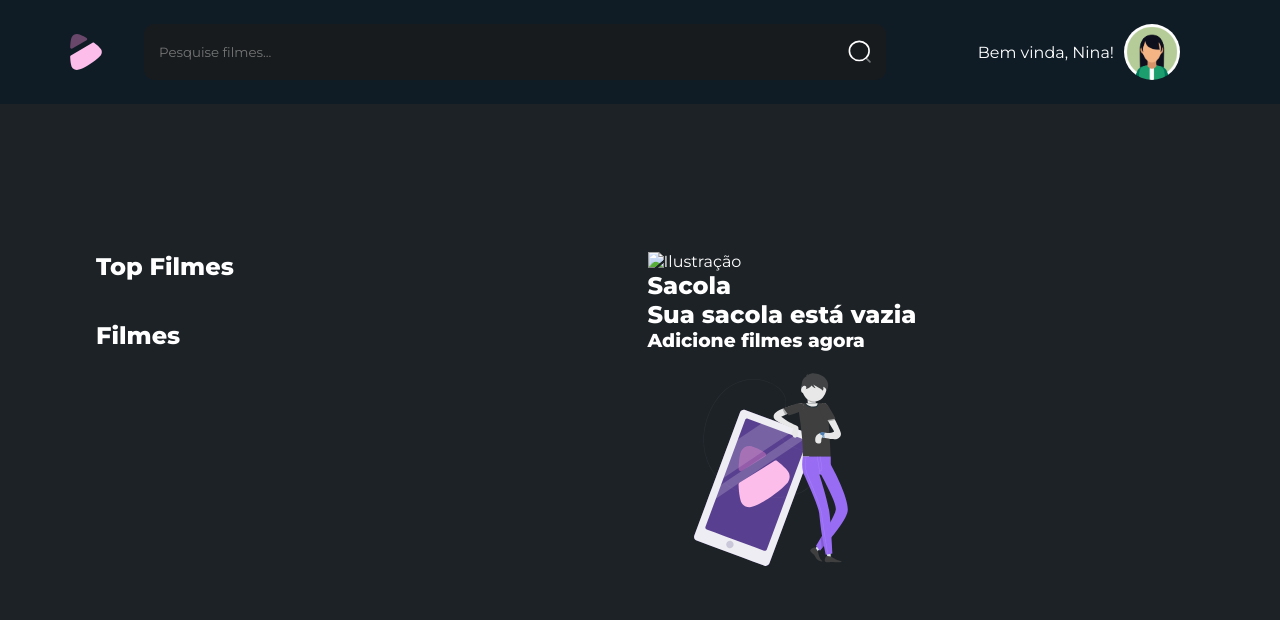
Repository: MilenaMelo/Cubos-Flix
Page: / (app in cubos-flix/)
The author's editor kept a copy of each file at every save. The page is drawn from the files as they stood at one save, then again after the next save.
The browser window is 1280 px wide. The pictures show the whole page.
The project was rebuilt for these pictures with package versions that can differ from the ones it lists, and the page was loaded fresh each time. Also part of the build but not shown: cubos-flix/src/components/Bag/style.css. Imported but missing from the stored project, and not drawn on this page: cubos-flix/src/assets/images/bag-icon.

Above is the page before, as saved 2021-06-19 15:06:52.

### cubos-flix/public/index.html
<!DOCTYPE html>
<html lang="en">
  <head>
    <meta charset="utf-8" />
    <link rel="icon" href="%PUBLIC_URL%/favicon.ico" />
    <meta name="viewport" content="width=device-width, initial-scale=1" />
    <meta name="theme-color" content="#000000" />
    <meta
      name="description"
      content="Web site created using create-react-app"
    />
    <link rel="apple-touch-icon" href="%PUBLIC_URL%/logo192.png" />
    <link rel="manifest" href="%PUBLIC_URL%/manifest.json" />
    <title>Cubos Flix</title>
  </head>
  <body>
    <noscript>You need to enable JavaScript to run this app.</noscript>
    <div id="root"></div>

  </body>
</html>

### cubos-flix/src/App.js
import './App.css';
import Navbar from './components/Navbar';
import Bag from './components/Bag';


function App() {
  return (
    <div className="app">
      <header className="header">
        <Navbar/>
      </header>
      <section className="content">
        <div className="top-movies">
          <h1>Top Filmes</h1>

        </div>
        <div className="all-movies">
          <h1>Filmes</h1>

        </div>

      </section>
      <section className="side-content">
        <Bag/>
      </section>
    </div>
  );
}

export default App;

### cubos-flix/src/App.css
@import url('https://fonts.googleapis.com/css2?family=Montserrat:wght@400;600;800&display=swap');

/* ----------- SCREEN ----------- */
* {
    margin: 0px;
    font-family: 'Montserrat', sans-serif;
    color: #FFFFFF;
}

/* ----------- APPLICATION ----------- */

.app {
    height: 100vh;
    display: grid;
    grid-template-areas: 'header header'
                         'content side-content';
    grid-gap: 24px 50px;
    background-color: #1D2226;
}

.header {
    grid-area: header;
}

.content {
    grid-area: content;
}

.side-content {
    grid-area: side-content;
}

/* ----------- MAIN CONTENT ----------- */

.content {
    padding-left: 96px;
}

.top-movies, .all-movies {
    margin-bottom: 40px;
}

### cubos-flix/src/components/Navbar/index.js
import './style.css'
import logo from '../../assets/images/logo.svg'
import search_icon from '../../assets/images/search-icon.svg'
import profile_img from '../../assets/images/profile.jpg'


function Navbar() {
    return (
        <header className='navbar'>
            <img className='logo' src={logo} alt="logo"/>
            <div className='search-container'>
                <input className='search-input' type="text" name="Pesquisa" placeholder="Pesquise filmes..."/>
                <img className='search-img' src={search_icon} alt="Input de pesquisa"/>
            </div>
            <div className='profile-container'>
                <span>Bem vinda, Nina!</span>
                <img className='profile-img' src={profile_img} alt="Foto de perfil"/>
            </div>
        </header>
    );
}

export default Navbar;

### cubos-flix/src/components/Bag/index.js
import './style.css'
import bag_logo from '../../assets/images/person-illustration.svg'
import bag_icon from '../../assets/images/bag-icon'


function Bag() {
    return (
        <div className='bag-container'>
          <header className='bag-header'>
            <img src={bag_icon} alt="Ilustração" />
            <h1>Sacola</h1>
          </header>
          <div className='bag-content'>
            <h1>Sua sacola está vazia</h1>
            <h3>Adicione filmes agora</h3>
            <img src={bag_logo} alt="Ilustração" />
          </div>
        </div>
    );
}

export default Bag;

### cubos-flix/src/components/Navbar/style.css
/* ----------- NAVBAR ----------- */

.navbar {
    display: flex;
    padding: 24px 100px 24px 70px;
    background: #0F1C26;
}

/* ----------- LOGO ----------- */

.logo {
    margin-right: 42px;
}

/* ----------- SEARCH ----------- */

.search-container {
    display: flex;
    flex-grow: 1;
    position: relative;
    margin-right: 92px;
}

.search-input {
    width: 100%;
    outline: 0;
    padding: 16px 14px;
    border-radius: 10px;
    border: 1px solid transparent;
    background: #171B1E;
}

.search-input:hover {
    border: 1px solid #8C8C8C;
}

.search-input:focus {
    border: 1px solid #FDFDFD;
}

.search-img {
    height: 24px;
    cursor: pointer;
    align-self: center;
    position: absolute;
    right: 15px;
}

/* ----------- PROFILE ----------- */

.profile-container {
    display: flex;
    align-items: center;
    gap: 10px;
}

.profile-img {
    height: 56px;
    border-radius: 50%;
}

Loaded but not shown: cubos-flix/src/index.js (common file)

After the next save:
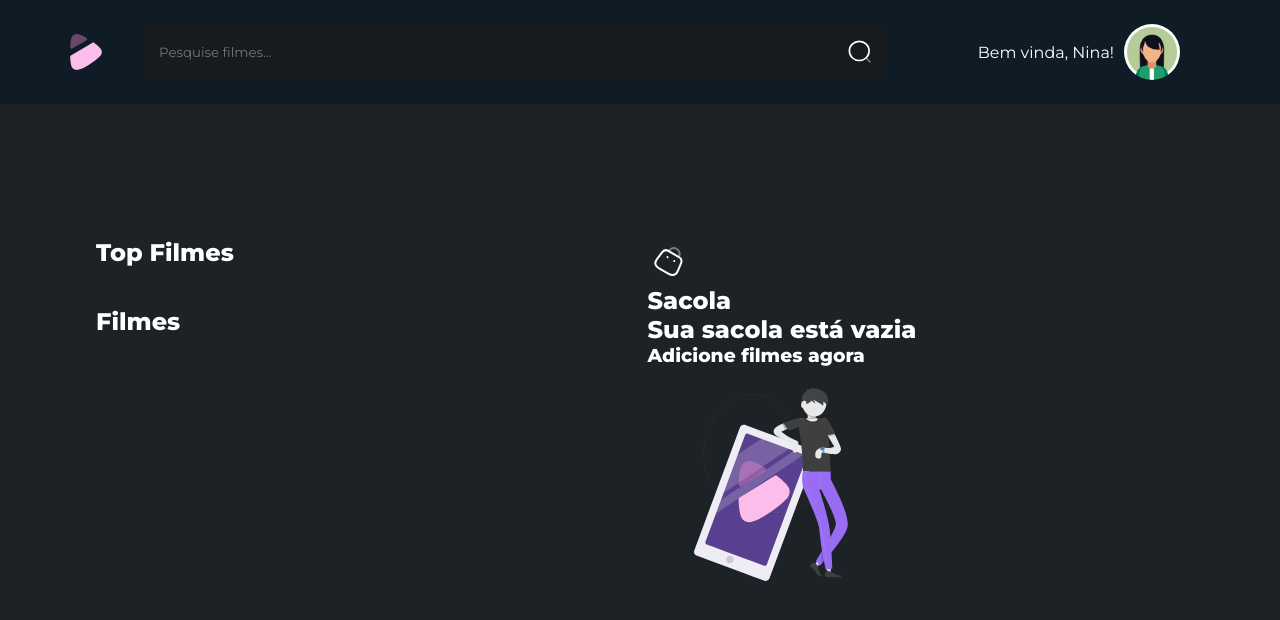
Saved 2 min 22 s later.
--- a/cubos-flix/src/components/Bag/index.js
+++ b/cubos-flix/src/components/Bag/index.js
@@ -1,6 +1,6 @@
 import './style.css'
 import bag_logo from '../../assets/images/person-illustration.svg'
-import bag_icon from '../../assets/images/bag-icon'
+import bag_icon from '../../assets/images/bag-icon.svg'
 
 
 function Bag() {
